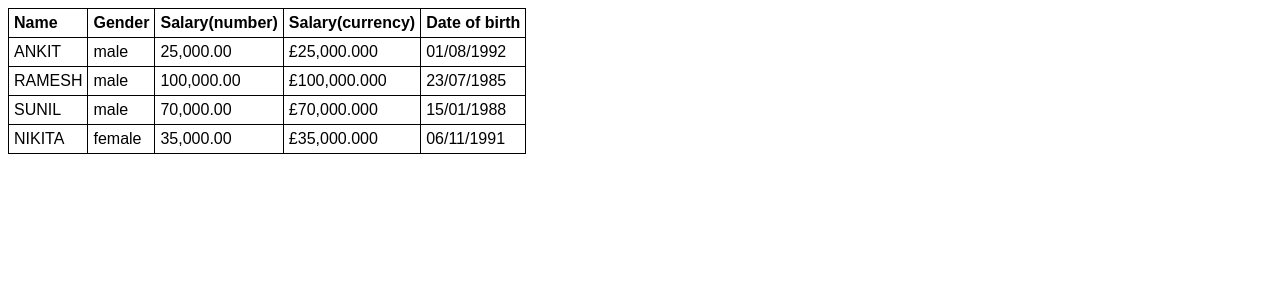
Repository: ammoreloaded/WebProjectFirst
Page: homework/WebProjectFirst/web/filterDemo.html
The author's editor kept a copy of each file at every save. The page is drawn from the files as they stood at one save, then again after the next save.
The browser window is 1280 px wide. The pictures show the whole page.

Above is the page before, as saved 2016-05-19 15:16:51.

After the next save:
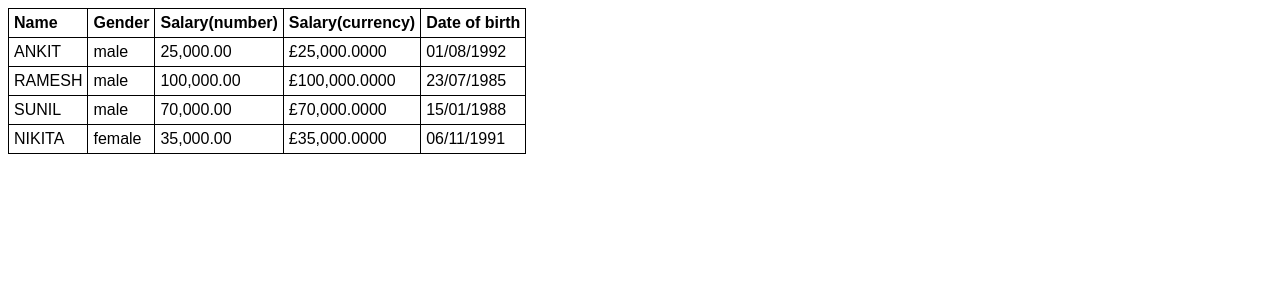
Saved 10 s later.
--- a/homework/WebProjectFirst/web/filterDemo.html
+++ b/homework/WebProjectFirst/web/filterDemo.html
@@ -22,7 +22,7 @@
 					<td>{{ employee.name | uppercase}}</td>
 					<td>{{ employee.gender | lowercase }}</td>
 					<td>{{ employee.salary | number : 2 }}</td>
-					<td>{{ employee.salary | currency : "£" : 3 }}</td>
+					<td>{{ employee.salary | currency : "£" : 4 }}</td>
 					<td>{{ employee.dateOfBirth | date : "dd/MM/yyyy" }}</td>
 				</tr>
 			</tbody>
